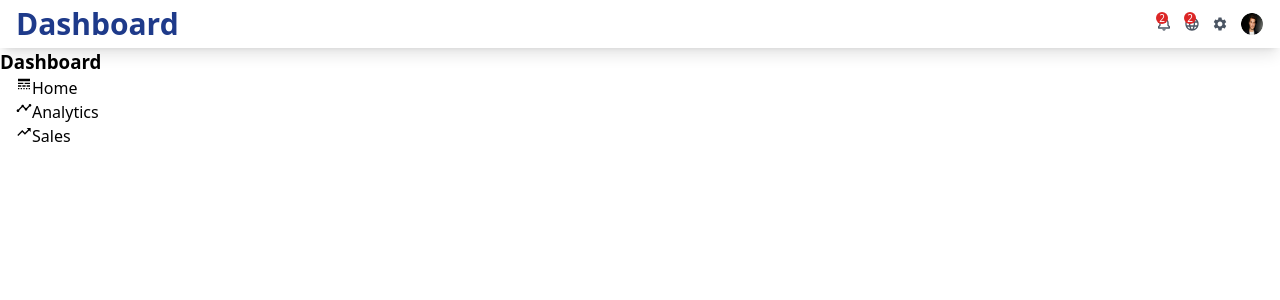
Repository: nation430/React-AdminDashboard
Page: /
These files come from the project's save history. The page is drawn as it stood at one moment and after the next save; the edit follows.
The browser window is 1280 px wide. The pictures show the whole page.
The project was rebuilt for these pictures with package versions that can differ from the ones it lists, and the page was loaded fresh each time.

Above is the page before, as saved 2022-08-18 11:38:42.

### public/index.html
<!DOCTYPE html>
<html lang="en">
  <head>
    <meta charset="utf-8" />
    <meta name="viewport" content="width=device-width, initial-scale=1" />
    <meta name="theme-color" content="#000000" />
    <meta
      name="description"
      content="Web site created using create-react-app"
    />
    <link rel="preconnect" href="https://fonts.googleapis.com" />
    <link rel="preconnect" href="https://fonts.gstatic.com" crossorigin />
    <link
      href="https://fonts.googleapis.com/css2?family=Source+Sans+Pro:wght@200;300;400;600;700&display=swap"
      rel="stylesheet"
    />

    <title>React Admin Dashboard</title>
  </head>
  <body>
    <noscript>You need to enable JavaScript to run this app.</noscript>
    <div id="root"></div>
  </body>
</html>

### src/index.css
@tailwind base;
h1 {
  @apply text-2xl;
}
h2 {
  @apply text-xl;
}
h3 {
  @apply text-lg;
}
@tailwind components;
@tailwind utilities;

* {
  margin: 0;
  padding:0;
  box-sizing: border-box;

}

### src/App.js
import Topbar from "./components/topbar/Topbar";
import Sidebar from "./components/sidebar/Sidebar";
import "./app.css";

function App() {
  return (
    <div>
      <Topbar />
      <div className="wrapper flex">
        <Sidebar />
        <div className="other"></div>
      </div>
    </div>
  );
}

export default App;

### src/components/topbar/Topbar.jsx
import React from "react";
import  "./topbar.css";
import { BiBell } from 'react-icons/bi';
import { MdLanguage, MdSettings  } from "react-icons/md";


export default function Topbar () {
    return(
        <div className="topbar w-full h-12 bg-white sticky top-0 z-50 shadow-lg ">
            <div className="topbarWeapper flex items-center justify-between h-full px-4 py-0">
            <div className="topLeft">
                <span className="logo font-bold text-3xl text-blue-900 cursor-pointer ...">Dashboard</span>
            </div>
            <div className="topRight flex items-center">

                {/* First icon  */}
                <div className="topbarIconsContainer relative cursor-pointer ... ml-3 text-gray-600">
                <BiBell />
                <span className="topIconBadge absolute text-white bg-red-600 right-1 -top-1 flex items-center justify-center rounded-full text-xs h-3 w-3">2</span>
                </div>

                   {/*second icon  */}
                <div className="topbarIconsContainer relative cursor-pointer ... ml-3 text-gray-600">
                <MdLanguage />
                <span className="topIconBadge absolute text-white bg-red-600 right-1 -top-1 flex items-center justify-center rounded-full text-xs h-3 w-3">2</span>
                </div>


                    {/*third icon  */}
                <div className="topbarIconsContainer relative cursor-pointer ... mx-3 text-gray-600">
                < MdSettings  />
                </div>

                <img src="images/img.png" alt="BigCo Inc. logo"  className="topAvater w-6 h-6 rounded-full cursor-pointer ..."/>

            </div>
            </div>
        </div>
    )

}

### src/components/sidebar/Sidebar.jsx
import "./sidebar.css";
import { MdLineStyle, MdOutlineTimeline, MdTrendingUp } from "react-icons/md";

export default function sidebar(){
    return(
        <div className="sidebar">
        <div className="sidebarWrapper">
            <div className="sidebarMenu">
                <h3 className="sidebarTitle">Dashboard</h3>
                <ul className="sidebarList px-4 py-0">
                    <li className="sidebarListItems flex">
                    <MdLineStyle />
                    Home
                    </li>

                    <li className="sidebarListItems flex">
                    <MdOutlineTimeline />
                    Analytics
                    </li>


                    <li className="sidebarListItems flex">
                    <MdTrendingUp />
                   Sales
                    </li>




                </ul>
            </div>
        </div>
        </div>
    )
}

### src/app.css

* {
    margin: 0;
    padding:0;
    box-sizing: border-box;

}



h1{
    font-size: 2em ;
    font-weight: bolder;
}

h2{
    font-size: 1.5em ;
    font-weight: bolder;
}

h3{
    font-size: 1.17em ;
    font-weight: bolder;
}

### src/components/topbar/topbar.css
.text-xs{
    font-size: 10px;
  }

### src/components/sidebar/sidebar.css
.sidebar{
    flex: 1;
}

Loaded but not shown: src/index.js (common file); tailwind.config.js (common file)

After the next save:
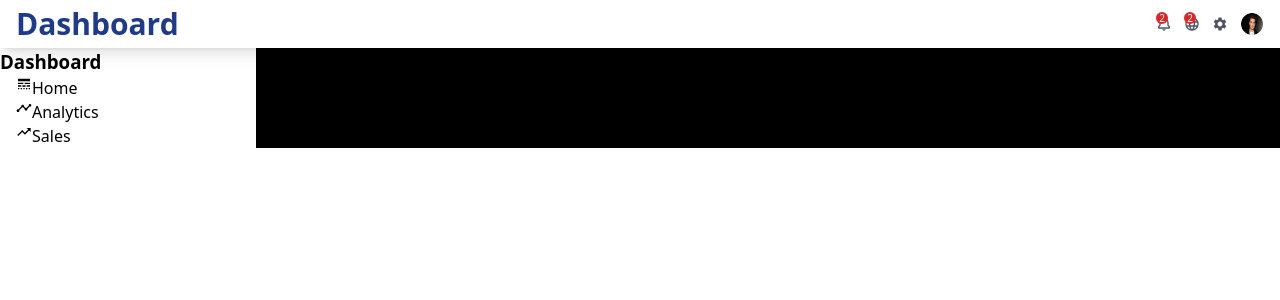
Saved 38 s later.
--- a/src/app.css
+++ b/src/app.css
@@ -6,7 +6,10 @@
 
 }
 
-
+.other {
+    flex:4;
+    background: #000;
+}
 
 h1{
     font-size: 2em ;
